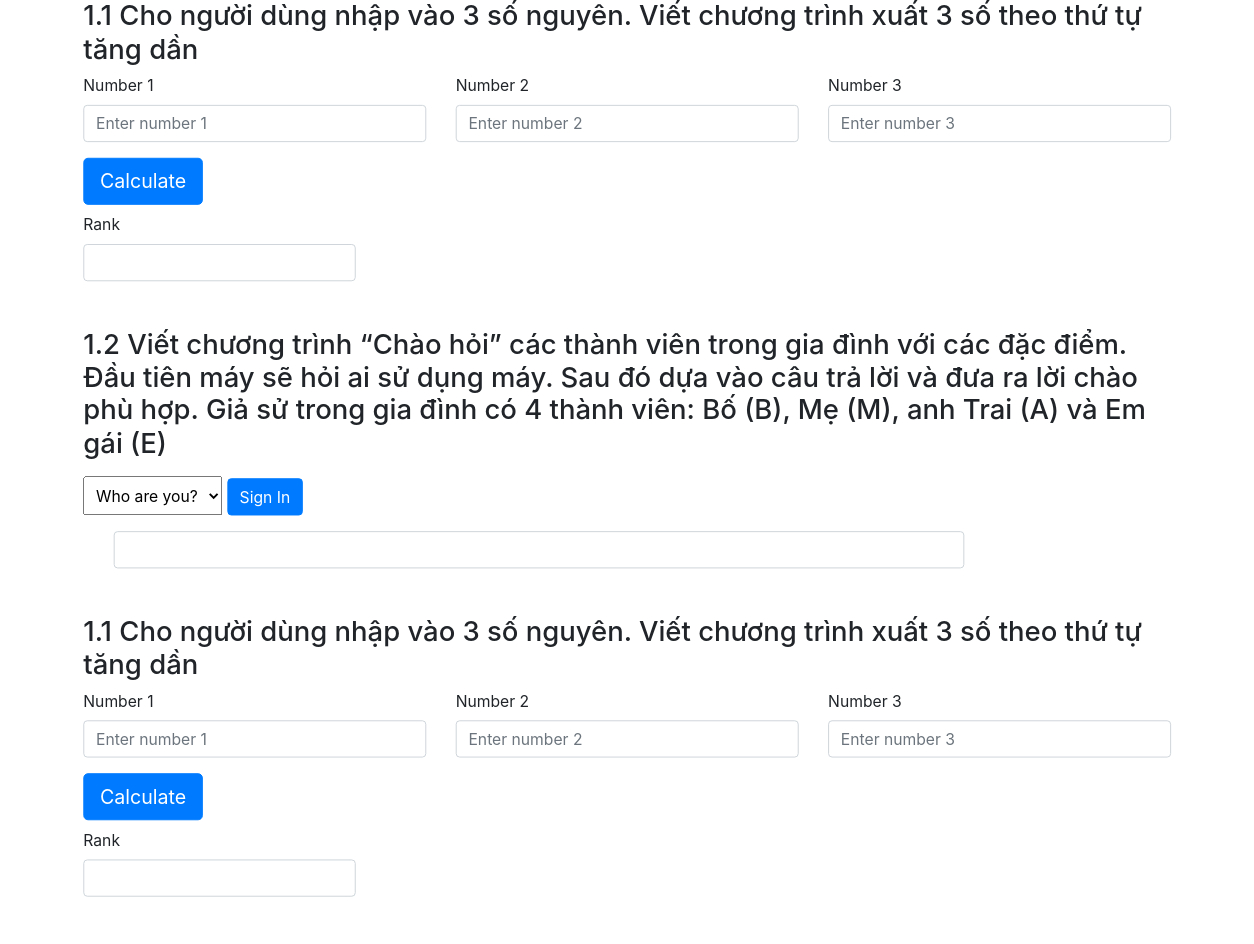
Repository: baobaodeveloper/bootscamp21__jsbasic__HuynhAnhBao
Page: index.html
An editor plug-in stored every save of this project. The page is shown before and after the next save, followed by the edit.
The browser window is 1280 px wide. The pictures show the whole page, at 98% of full size.

Above is the page before, as saved 2022-03-10 18:46:59.

After the next save:
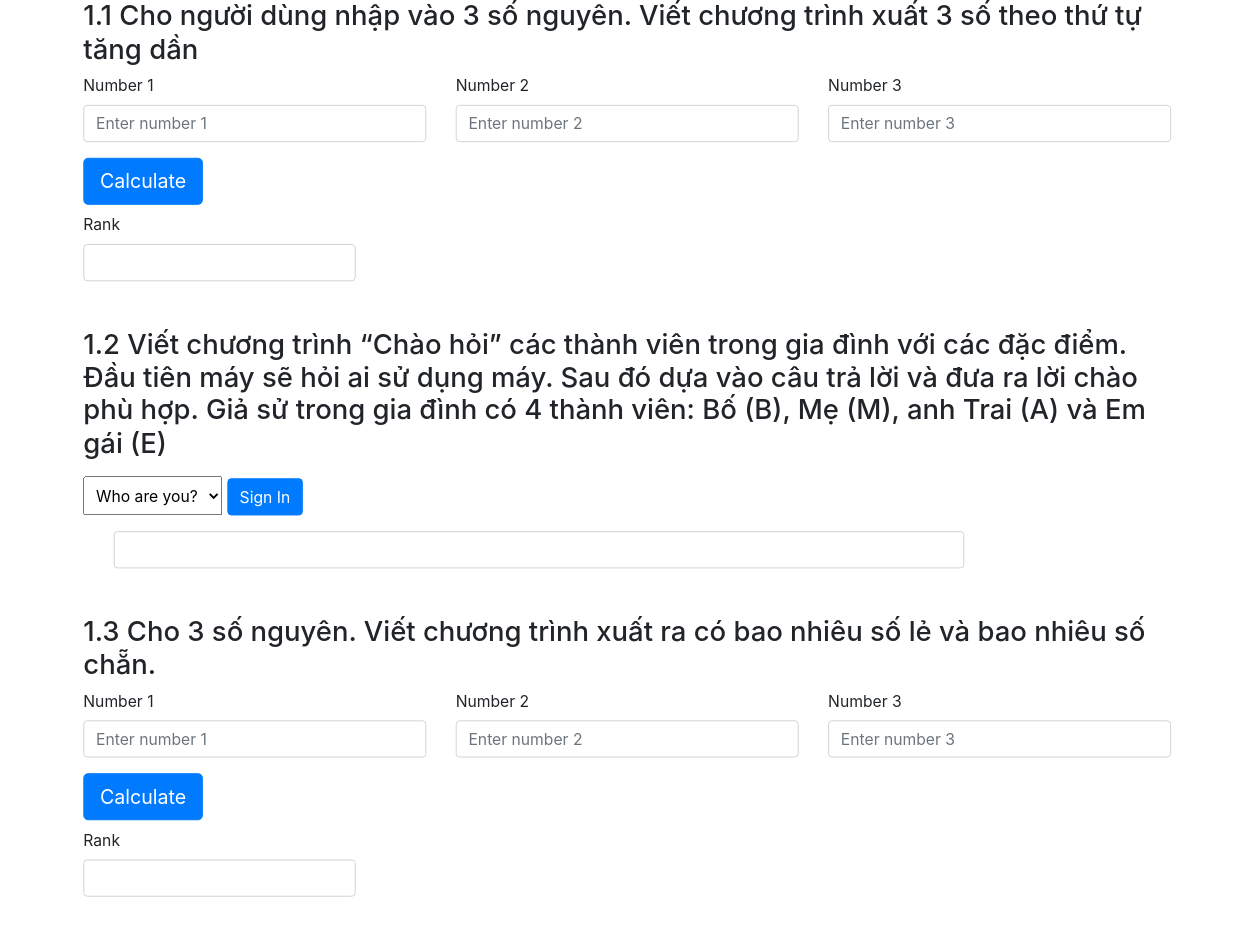
Saved 23 s later.
--- a/index.html
+++ b/index.html
@@ -97,8 +97,8 @@
     <!--  1.3 Cho 3 số nguyên. Viết chương trình xuất ra có bao nhiêu số lẻ và bao nhiêu số chẵn.-->
     <div class="container mb-xl-5">
       <h3>
-        1.1 Cho người dùng nhập vào 3 số nguyên. Viết chương trình xuất 3 số
-        theo thứ tự tăng dần
+        1.3 Cho 3 số nguyên. Viết chương trình xuất ra có bao nhiêu số lẻ và bao
+        nhiêu số chẵn.
       </h3>
 
       <div class="row">
